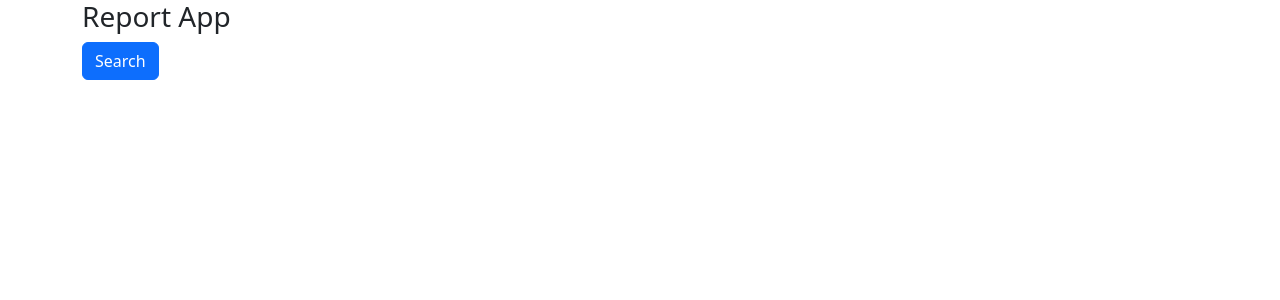
Repository: TejaSin07/ProjectsMini
Page: http://localhost/01_ReportsApp/pages/index.jsp
The author's editor kept a copy of each file at every save. The page is drawn from the files as they stood at one save, then again after the next save.
The browser window is 1280 px wide. The pictures show the whole page.
The page is served by Tomcat 9. Other server files are loaded and not shown.

Above is the page before, as saved 2025-06-13 05:15:41.

### 01_ReportsApp/src/main/webapp/pages/index.jsp
<%@ page language="java" contentType="text/html; charset=UTF-8"
    pageEncoding="UTF-8"%>
<!DOCTYPE html>
<html>
<head>
    <meta charset="utf-8">
    <meta name="viewport" content="width=device-width, initial-scale=1">
    <title>Bootstrap demo</title>
    <link href="https://cdn.jsdelivr.net/npm/bootstrap@5.3.6/dist/css/bootstrap.min.css" rel="stylesheet" integrity="sha384-4Q6Gf2aSP4eDXB8Miphtr37CMZZQ5oXLH2yaXMJ2w8e2ZtHTl7GptT4jmndRuHDT" crossorigin="anonymous">

</head>
<body>
<div class= "container">
 <h3>Report App</h3>
 <button class ="btn btn-primary">Search </button>
 </div>
 <script src="https://cdn.jsdelivr.net/npm/bootstrap@5.3.6/dist/js/bootstrap.bundle.min.js" integrity="sha384-j1CDi7MgGQ12Z7Qab0qlWQ/Qqz24Gc6BM0thvEMVjHnfYGF0rmFCozFSxQBxwHKO" crossorigin="anonymous"></script>

</body>
</html>

After the next save:
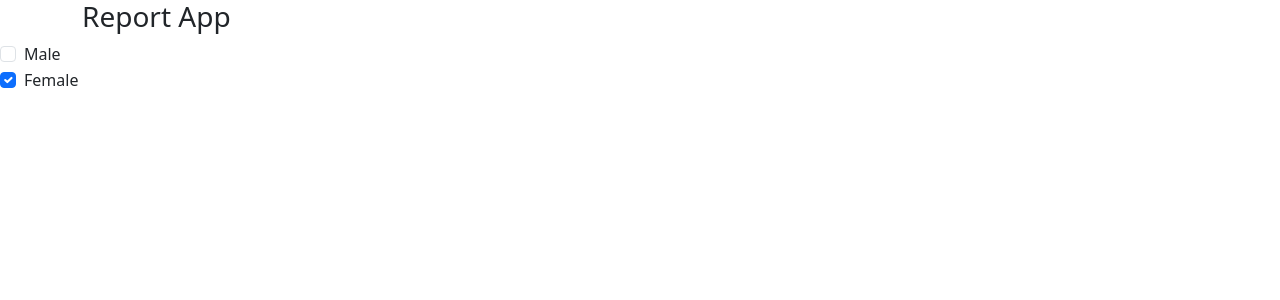
Saved 34 min 30 s later.
--- a/01_ReportsApp/src/main/webapp/pages/index.jsp
+++ b/01_ReportsApp/src/main/webapp/pages/index.jsp
@@ -12,8 +12,19 @@
 <body>
 <div class= "container">
  <h3>Report App</h3>
- <button class ="btn btn-primary">Search </button>
  </div>
+ <div class="form-check">
+  <input class="form-check-input" type="checkbox" value="" id="checkDefault">
+  <label class="form-check-label" for="checkDefault">
+    Male
+  </label>
+</div>
+<div class="form-check">
+  <input class="form-check-input" type="checkbox" value="" id="checkChecked" checked>
+  <label class="form-check-label" for="checkChecked">
+    Female
+  </label>
+</div>
  <script src="https://cdn.jsdelivr.net/npm/bootstrap@5.3.6/dist/js/bootstrap.bundle.min.js" integrity="sha384-j1CDi7MgGQ12Z7Qab0qlWQ/Qqz24Gc6BM0thvEMVjHnfYGF0rmFCozFSxQBxwHKO" crossorigin="anonymous"></script>
 
 </body>
